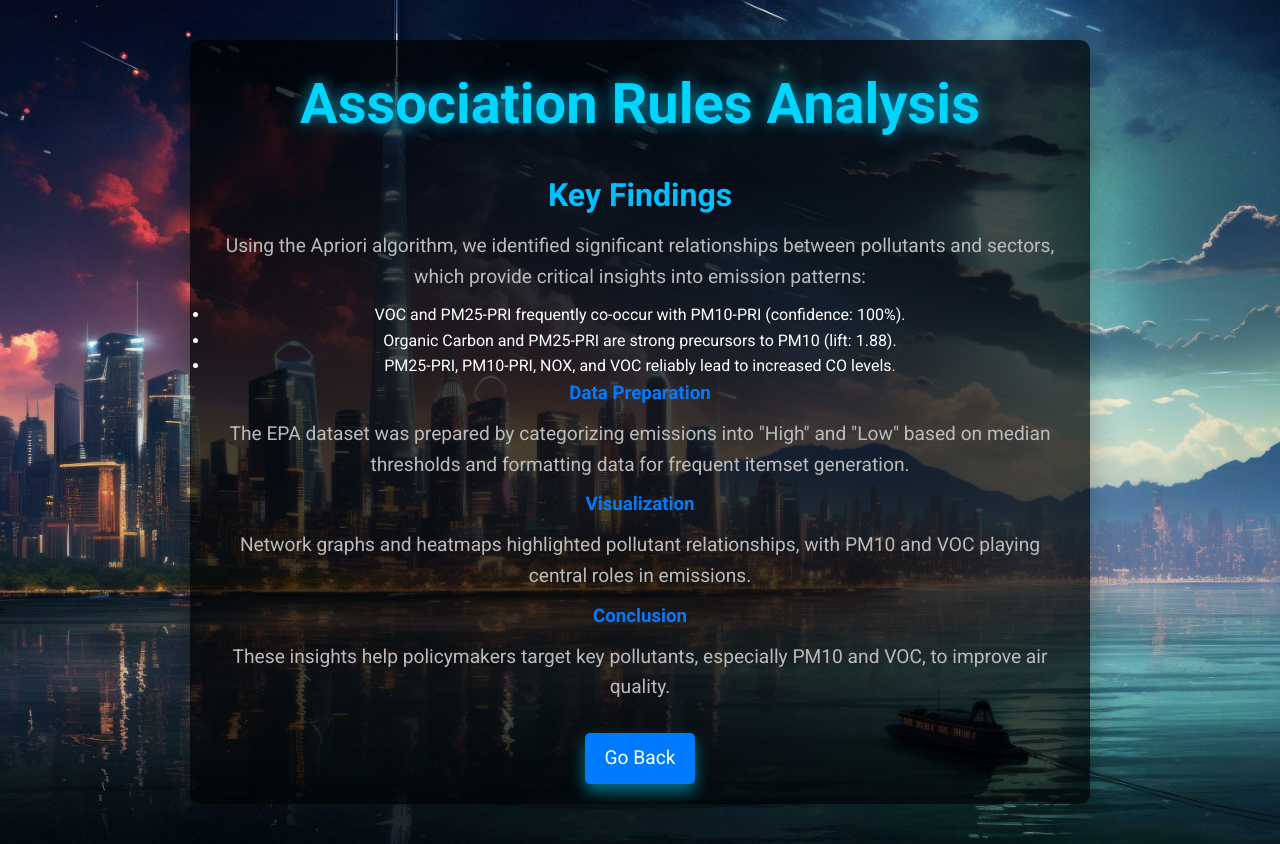
Repository: aminemnif/air-quality
Page: wafa_emissions_trend/templates/associationDetail.html
An editor plug-in stored every save of this project. The page is shown before and after the next save, followed by the edit.
The browser window is 1280 px wide. The pictures show the whole page.
The template is drawn by Django 5.2. The application's start-up code is not run. The template is opened directly, without the code that normally fills it, so the values that code supplies are empty.

Above is the page before, as saved 2025-01-11 21:22:22.

After the next save:
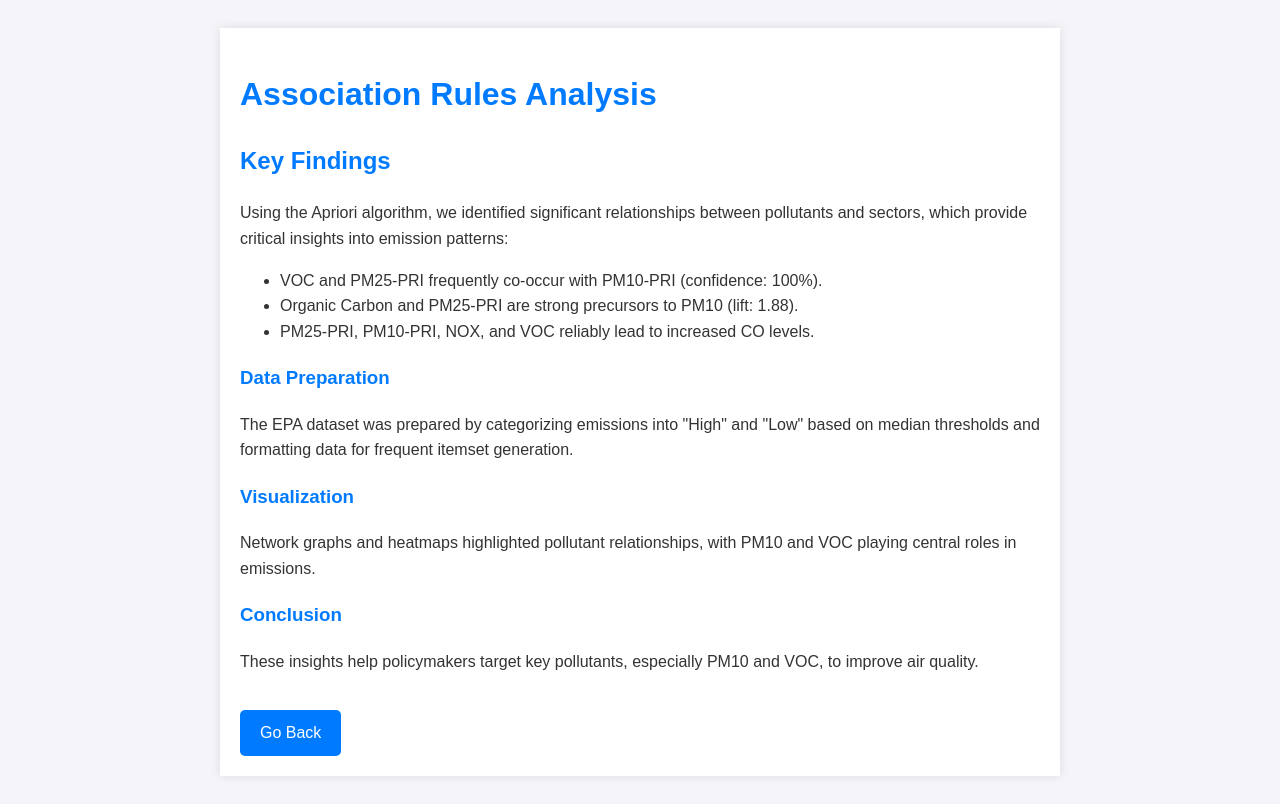
Saved 8 s later.
--- a/wafa_emissions_trend/templates/associationDetail.html
+++ b/wafa_emissions_trend/templates/associationDetail.html
@@ -39,129 +39,7 @@
 </head>
 
 
-{% load static %}
-<!DOCTYPE html>
-<html lang="en">
-<head>
-    <meta charset="UTF-8">
-    <meta name="viewport" content="width=device-width, initial-scale=1.0">
-    <title>Clustering Analysis of Air Quality & Respiratory Health</title>
 
-    <!-- Fonts and Icons -->
-    <link href="https://fonts.googleapis.com/css2?family=Roboto:wght@400;700&display=swap" rel="stylesheet">
-    <link rel="stylesheet" href="https://cdnjs.cloudflare.com/ajax/libs/font-awesome/6.0.0-beta3/css/all.min.css">
-
-    <style>
-        /* General Reset */
-        * {
-            margin: 0;
-            padding: 0;
-            box-sizing: border-box;
-        }
-
-        body {
-            font-family: 'Roboto', sans-serif;
-            background: url("{% static 'futuristic-cityscapes-with-neon-lights-and-cyberpunk-vibes-free-photo.jpg' %}") no-repeat center center;
-            background-size: cover;
-            color: #333;
-            line-height: 1.6;
-        }
-
-        /* Navigation Bar */
-        nav {
-            position: sticky;
-            top: 0;
-            background: rgba(0, 0, 0, 0.6);
-            display: flex;
-            justify-content: space-between;
-            align-items: center;
-            padding: 15px 30px;
-            z-index: 1000;
-            box-shadow: 0 4px 8px rgba(0, 0, 0, 0.1);
-        }
-
-        nav .logo {
-            font-size: 2em;
-            font-weight: bold;
-            color: #00d4ff;
-            text-shadow: 0 0 10px rgba(0, 212, 255, 0.7);
-        }
-
-        nav ul {
-            list-style: none;
-            display: flex;
-        }
-
-        nav ul li {
-            margin: 0 20px;
-        }
-
-        nav ul li a {
-            text-decoration: none;
-            color: #00d4ff;
-            font-size: 1.2em;
-            font-weight: 600;
-            letter-spacing: 1px;
-            transition: color 0.3s ease;
-        }
-
-        nav ul li a:hover {
-            color: #00a0cc;
-        }
-
-        /* Container and Section Styling */
-        .container {
-            max-width: 900px;
-            margin: 20px auto;
-            padding: 20px;
-            background: rgba(0, 0, 0, 0.7);
-            color: #fff;
-            border-radius: 10px;
-            box-shadow: 0 10px 30px rgba(0, 0, 0, 0.3);
-            text-align: center;
-        }
-
-        .container h1 {
-            font-size: 3.5em;
-            color: #00d4ff;
-            text-shadow: 0 0 15px rgba(0, 212, 255, 0.7);
-            margin-bottom: 20px;
-        }
-
-        h2 {
-            color: #00bfff;
-            font-size: 2em;
-            margin-top: 20px;
-        }
-
-        p {
-            color: #bbb;
-            font-size: 1.2em;
-            margin: 10px 0;
-        }
-
-        .button-container {
-            margin-top: 30px;
-        }
-
-        .back-button {
-            display: inline-block;
-            padding: 12px 25px;
-            font-size: 1.2em;
-            color: #fff;
-            background: #00bfff;
-            text-decoration: none;
-            border-radius: 50px;
-            box-shadow: 0 8px 15px rgba(0, 212, 255, 0.5);
-            transition: all 0.3s ease;
-        }
-
-        .back-button:hover {
-            background: #0097b8;
-            box-shadow: 0 10px 25px rgba(0, 151, 184, 0.4);
-        }
-    </style>
-</head>
 <body>
     <div class="container">
         <h1>Association Rules Analysis</h1>
